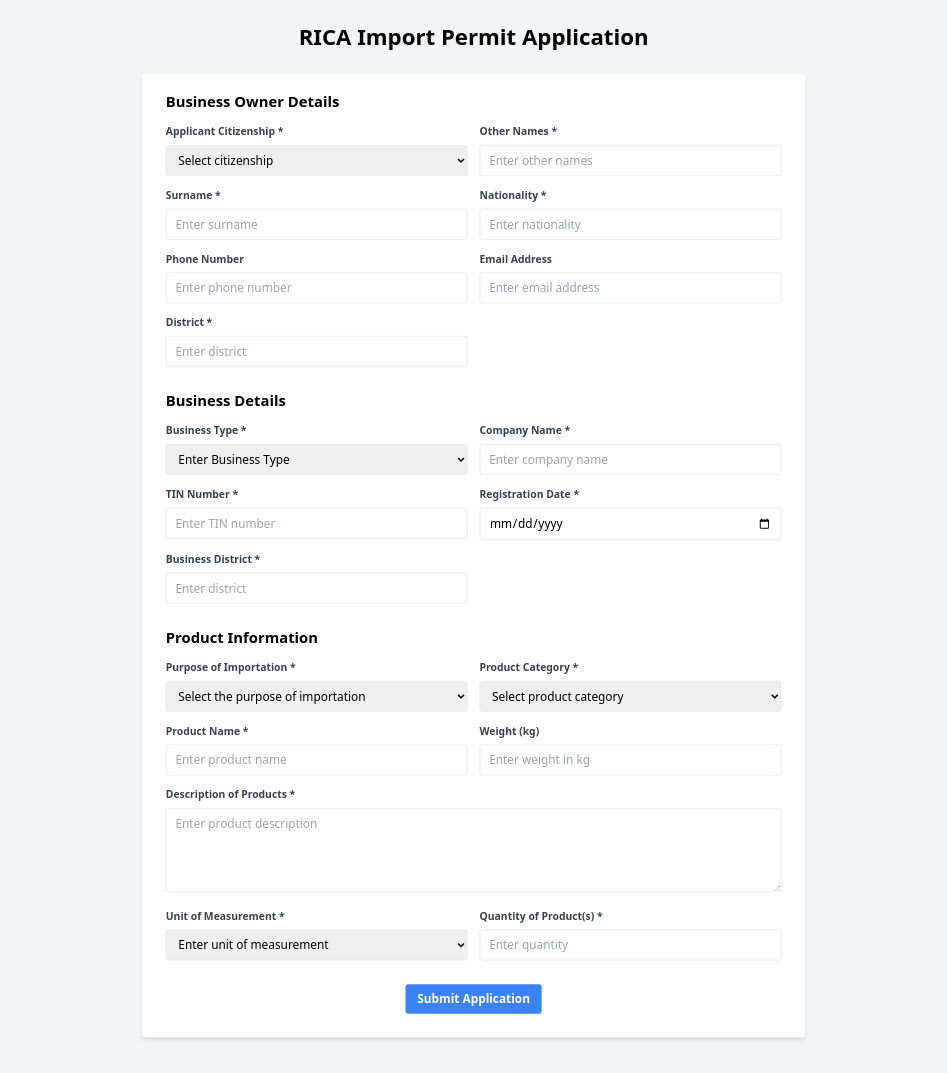
Repository: clevy11/Technical_Assessment
Page: index.html
The author's editor kept a copy of each file at every save. The page is drawn from the files as they stood at one save, then again after the next save.
The browser window is 1280 px wide. The pictures show the whole page, at 74% of full size.
Some web libraries are served in a nearby version.

Above is the page before, as saved 2025-01-31 10:08:49.
Console error: ReferenceError: emailjs is not defined

After the next save:
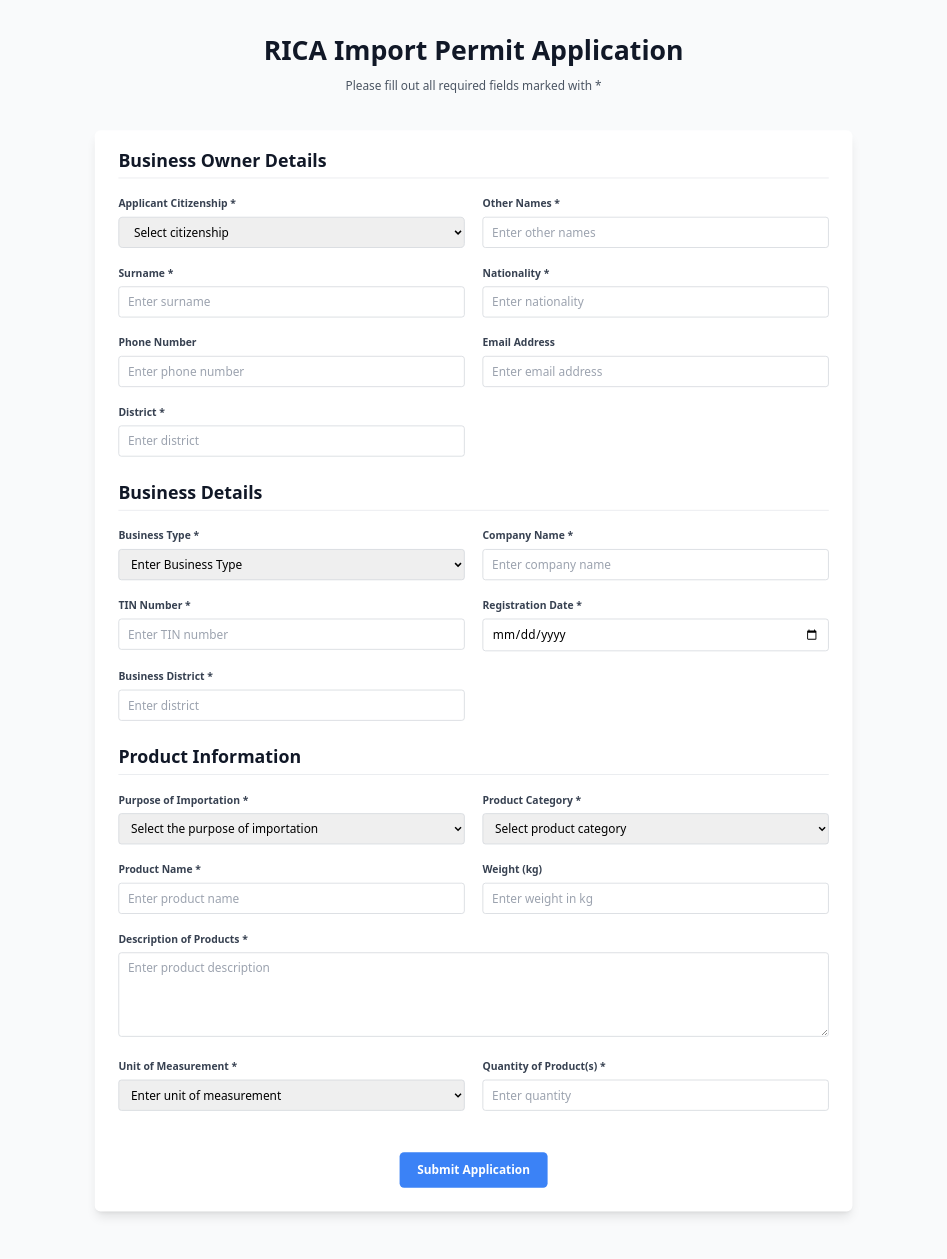
Saved 2 min 51 s later.
--- a/index.html
+++ b/index.html
@@ -4,42 +4,77 @@
     <meta charset="UTF-8" />
     <meta name="viewport" content="width=device-width, initial-scale=1.0" />
     <title>RICA Import Permit Application</title>
+
+    <!-- Replace the simple CDN with the full Tailwind setup -->
     <script src="https://cdn.tailwindcss.com"></script>
+    <script>
+      tailwind.config = {
+        theme: {
+          extend: {
+            colors: {
+              primary: "#3B82F6",
+              secondary: "#1E40AF",
+            },
+          },
+        },
+      };
+    </script>
+    <!-- Add some base styles -->
+    <style type="text/tailwindcss">
+      @layer base {
+        body {
+          @apply bg-gray-50;
+        }
+        label {
+          @apply block text-gray-700 text-sm font-semibold mb-2;
+        }
+        input,
+        select,
+        textarea {
+          @apply w-full px-4 py-2 border border-gray-300 rounded-md focus:outline-none focus:ring-2 focus:ring-primary focus:border-transparent;
+        }
+        button[type="submit"] {
+          @apply w-full md:w-auto px-6 py-3 bg-primary text-white font-semibold rounded-md hover:bg-secondary transition-colors duration-300;
+        }
+      }
+    </style>
+
+    <!-- EmailJS scripts remain the same -->
     <script
       type="text/javascript"
       src="https://cdn.jsdelivr.net/npm/@emailjs/browser@3/dist/email.min.js"
     ></script>
     <script type="text/javascript">
       (function () {
-        emailjs.init("pkey_BbAI2yCJVoaXVPVR4"); // Replace with your actual public key
+        emailjs.init("pkey_BbAI2yCJVoaXVPVR4");
       })();
     </script>
   </head>
-  <body class="bg-gray-100">
-    <div class="container mx-auto px-4 py-8">
-      <h1 class="text-3xl font-bold text-center mb-8">
-        RICA Import Permit Application
-      </h1>
+  <body class="min-h-screen bg-gray-50 py-12 px-4 sm:px-6 lg:px-8">
+    <div class="max-w-5xl mx-auto">
+      <div class="text-center mb-12">
+        <h1 class="text-4xl font-bold text-gray-900 mb-4">
+          RICA Import Permit Application
+        </h1>
+        <p class="text-gray-600">
+          Please fill out all required fields marked with *
+        </p>
+      </div>
 
       <form
         id="ricaForm"
-        class="max-w-4xl mx-auto bg-white shadow-md rounded px-8 pt-6 pb-8 mb-4"
+        class="bg-white shadow-lg rounded-lg px-8 pt-6 pb-8 mb-4 space-y-8"
       >
         <!-- Business Owner Details Section -->
-        <div class="mb-8">
-          <h2 class="text-xl font-semibold mb-4">Business Owner Details</h2>
-
-          <div class="grid grid-cols-1 md:grid-cols-2 gap-4">
-            <div>
-              <label class="block text-gray-700 text-sm font-bold mb-2">
-                Applicant Citizenship *
-              </label>
-              <select
-                id="citizenship"
-                name="citizenship"
-                class="w-full px-3 py-2 border rounded focus:outline-none focus:border-blue-500"
-                required
-              >
+        <div>
+          <h2 class="text-2xl font-bold text-gray-900 mb-6 pb-2 border-b">
+            Business Owner Details
+          </h2>
+
+          <div class="grid grid-cols-1 md:grid-cols-2 gap-6">
+            <div>
+              <label> Applicant Citizenship * </label>
+              <select id="citizenship" name="citizenship" required>
                 <option value="">Select citizenship</option>
                 <option value="rwandan">Rwandan</option>
                 <option value="foreigner">Foreigner</option>
@@ -151,10 +186,11 @@
         </div>
 
         <!-- Business Details Section -->
-        <div class="mb-8">
-          <h2 class="text-xl font-semibold mb-4">Business Details</h2>
-
-          <div class="grid grid-cols-1 md:grid-cols-2 gap-4">
+        <div>
+          <h2 class="text-2xl font-bold text-gray-900 mb-6 pb-2 border-b">
+            Business Details
+          </h2>
+          <div class="grid grid-cols-1 md:grid-cols-2 gap-6">
             <div>
               <label class="block text-gray-700 text-sm font-bold mb-2">
                 Business Type *
@@ -225,10 +261,11 @@
         </div>
 
         <!-- Product Information Section -->
-        <div class="mb-8">
-          <h2 class="text-xl font-semibold mb-4">Product Information</h2>
-
-          <div class="grid grid-cols-1 md:grid-cols-2 gap-4">
+        <div>
+          <h2 class="text-2xl font-bold text-gray-900 mb-6 pb-2 border-b">
+            Product Information
+          </h2>
+          <div class="grid grid-cols-1 md:grid-cols-2 gap-6">
             <div>
               <label class="block text-gray-700 text-sm font-bold mb-2">
                 Purpose of Importation *
@@ -347,10 +384,10 @@
           </div>
         </div>
 
-        <div class="flex justify-center">
+        <div class="flex justify-center pt-6">
           <button
             type="submit"
-            class="bg-blue-500 hover:bg-blue-700 text-white font-bold py-2 px-4 rounded focus:outline-none focus:shadow-outline"
+            class="transform hover:scale-105 transition-transform duration-200"
           >
             Submit Application
           </button>
